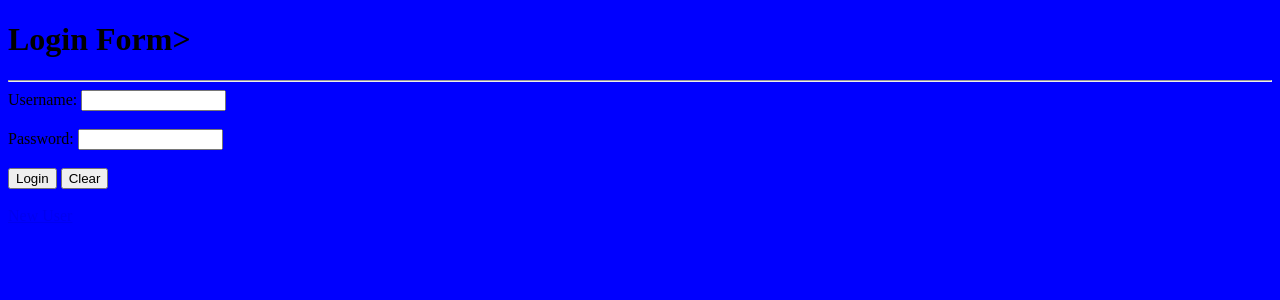
Repository: msaimadh/Day8
Page: loginApp/WebContent/login.html
An editor plug-in stored every save of this project. The page is shown before and after the next save, followed by the edit.
The browser window is 1280 px wide. The pictures show the whole page.

Above is the page before, as saved 2018-09-05 12:19:34.

### loginApp/WebContent/login.html
<!DOCTYPE html>
<html>
<head>
<meta charset="ISO-8859-1">
<title>Login page</title>
</head>
<body bgcolor="blue">
<h1>Login Form></h1>
<hr>
<form action="login" method="post">
<label>Username: </label>
<input type="text" name="username" size="15"/>
<br></br>
<label>Password: </label>
<input type="password" name="password" size="15"/>
<br></br>
<input type="submit" value="Login"/>
<input type="reset" value="Clear"/>
<br></br>
<a href="registration.html">New User</a>
</form>

</body>
</html>

After the next save:
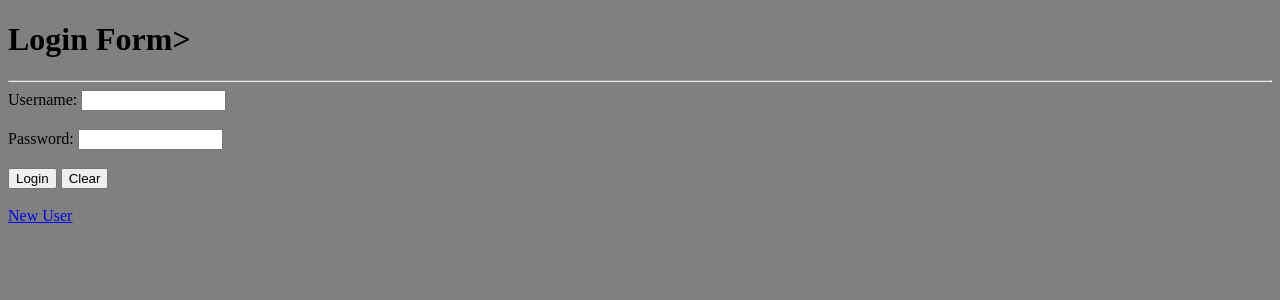
Saved 6 min 27 s later.
--- a/loginApp/WebContent/login.html
+++ b/loginApp/WebContent/login.html
@@ -4,7 +4,7 @@
 <meta charset="ISO-8859-1">
 <title>Login page</title>
 </head>
-<body bgcolor="blue">
+<body bgcolor="grey">
 <h1>Login Form></h1>
 <hr>
 <form action="login" method="post">
